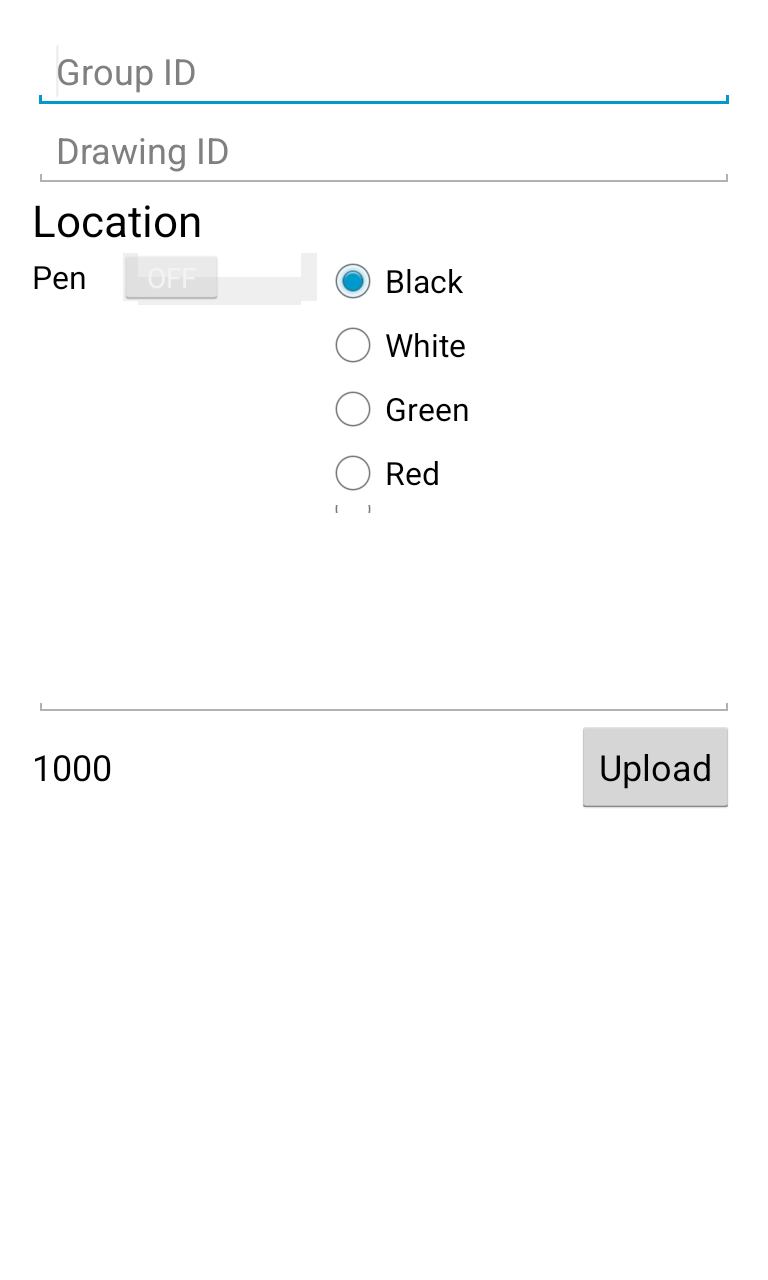
Repository: orsonteodoro/gpsdraw
Layout: gpsdraw/gpsdraw/res/layout/fragment_gpsdraw.xml
An editor plug-in stored every save of this project. The layout is shown before and after the next save, followed by the edit.
It is drawn on a 768 x 1280 px phone screen (xhdpi) without system bars, with theme AppTheme; the app's code is not run.

Above is the layout before, as saved 2014-05-05 18:34:48.

### gpsdraw/gpsdraw/res/layout/fragment_gpsdraw.xml
<RelativeLayout xmlns:android="http://schemas.android.com/apk/res/android"
    xmlns:tools="http://schemas.android.com/tools"
    android:layout_width="match_parent"
    android:layout_height="match_parent"
    android:paddingBottom="@dimen/activity_vertical_margin"
    android:paddingLeft="@dimen/activity_horizontal_margin"
    android:paddingRight="@dimen/activity_horizontal_margin"
    android:paddingTop="@dimen/activity_vertical_margin"
    tools:context="com.example.gpsdraw.GPSDraw$PlaceholderFragment" >

    <LinearLayout
        android:id="@+id/linearLayout1"
        android:layout_width="wrap_content"
        android:layout_height="wrap_content"
        android:layout_alignParentLeft="true"
        android:layout_alignParentRight="true"
        android:layout_alignParentTop="true"
        android:orientation="vertical" >

        <EditText
            android:id="@+id/editTextGroupId"
            android:layout_width="match_parent"
            android:layout_height="wrap_content"
            android:ems="10"
            android:hint="@string/group_id" >

            <requestFocus />
        </EditText>

        <EditText
            android:id="@+id/editTextDrawingId"
            android:layout_width="match_parent"
            android:layout_height="wrap_content"
            android:ems="10"
            android:hint="@string/drawing_id" />

        <LinearLayout
            android:layout_width="match_parent"
            android:layout_height="wrap_content"
            android:orientation="vertical" >

            <LinearLayout
                android:layout_width="99dp"
                android:layout_height="wrap_content" >

                <TextView
                    android:id="@+id/textViewLocation"
                    android:layout_width="286dp"
                    android:layout_height="wrap_content"
                    android:text="@string/location"
                    android:textAppearance="?android:attr/textAppearanceLarge" />
            </LinearLayout>

            <LinearLayout
                android:layout_width="match_parent"
                android:layout_height="132dp" >

                <Switch
                    android:id="@+id/switchPen"
                    android:layout_width="wrap_content"
                    android:layout_height="wrap_content"
                    android:text="@string/pen" />

                    <RadioGroup
                        android:id="@+id/radioGroup1"
                        android:layout_width="wrap_content"
                        android:layout_height="wrap_content" >

                    <RadioButton
                        android:id="@+id/RadioButtonColorBlack"
                        android:layout_width="wrap_content"
                        android:layout_height="wrap_content"
                        android:checked="true"
                        android:text="@string/black" />

                    <RadioButton
                        android:id="@+id/RadioButtonColorWhite"
                        android:layout_width="wrap_content"
                        android:layout_height="wrap_content"
                        android:text="@string/white" />

                    <RadioButton
                        android:id="@+id/RadioButtonColorGreen"
                        android:layout_width="wrap_content"
                        android:layout_height="wrap_content"
                        android:text="@string/green" />

                    <RadioButton
                        android:id="@+id/radioButtonColorRed"
                        android:layout_width="wrap_content"
                        android:layout_height="wrap_content"
                        android:text="@string/red" />

                    <RadioButton
                        android:id="@+id/radioButtonColorBlue"
                        android:layout_width="wrap_content"
                        android:layout_height="wrap_content"
                        android:text="@string/blue" />
                    </RadioGroup>
            </LinearLayout>
        </LinearLayout>

        <EditText
            android:id="@+id/editTextDebug"
            android:layout_width="match_parent"
            android:layout_height="103dp"
            android:ems="10"
            android:inputType="textMultiLine" />

        <LinearLayout
            android:layout_width="match_parent"
            android:layout_height="wrap_content" >

            <TextView
                android:id="@+id/textViewBufferFullness"
                android:layout_width="wrap_content"
                android:layout_height="wrap_content"
                android:layout_weight="0.73"
                android:text="1000"
                android:textAppearance="?android:attr/textAppearanceMedium" />

            <Button
                android:id="@+id/buttonUpload"
                android:layout_width="wrap_content"
                android:layout_height="wrap_content"
                android:text="@string/upload" />
        </LinearLayout>
    </LinearLayout>

</RelativeLayout>

### gpsdraw/gpsdraw/res/values/strings.xml
<?xml version="1.0" encoding="utf-8"?>
<resources>

    <string name="app_name">gpsdraw</string>
    <string name="hello_world">Hello world!</string>
    <string name="action_settings">Settings</string>
    <string name="green">Green</string>
    <string name="white">White</string>
    <string name="black">Black</string>
    <string name="red">Red</string>
    <string name="blue">Blue</string>
    <string name="pen">Pen</string>
    <string name="location">Location</string>
    <string name="drawing_id">Drawing ID</string>
    <string name="group_id">Group ID</string>
    <string name="upload">Upload</string>

</resources>

Loaded but not shown: gpsdraw/gpsdraw/res/values/styles.xml (common file); gpsdraw/gpsdraw/res/values-v11/styles.xml (common file); gpsdraw/gpsdraw/res/values-v14/styles.xml (common file); gpsdraw/gpsdraw/res/values/dimens.xml (common file); gpsdraw/gpsdraw/res/values-w820dp/dimens.xml (common file)

After the next save:
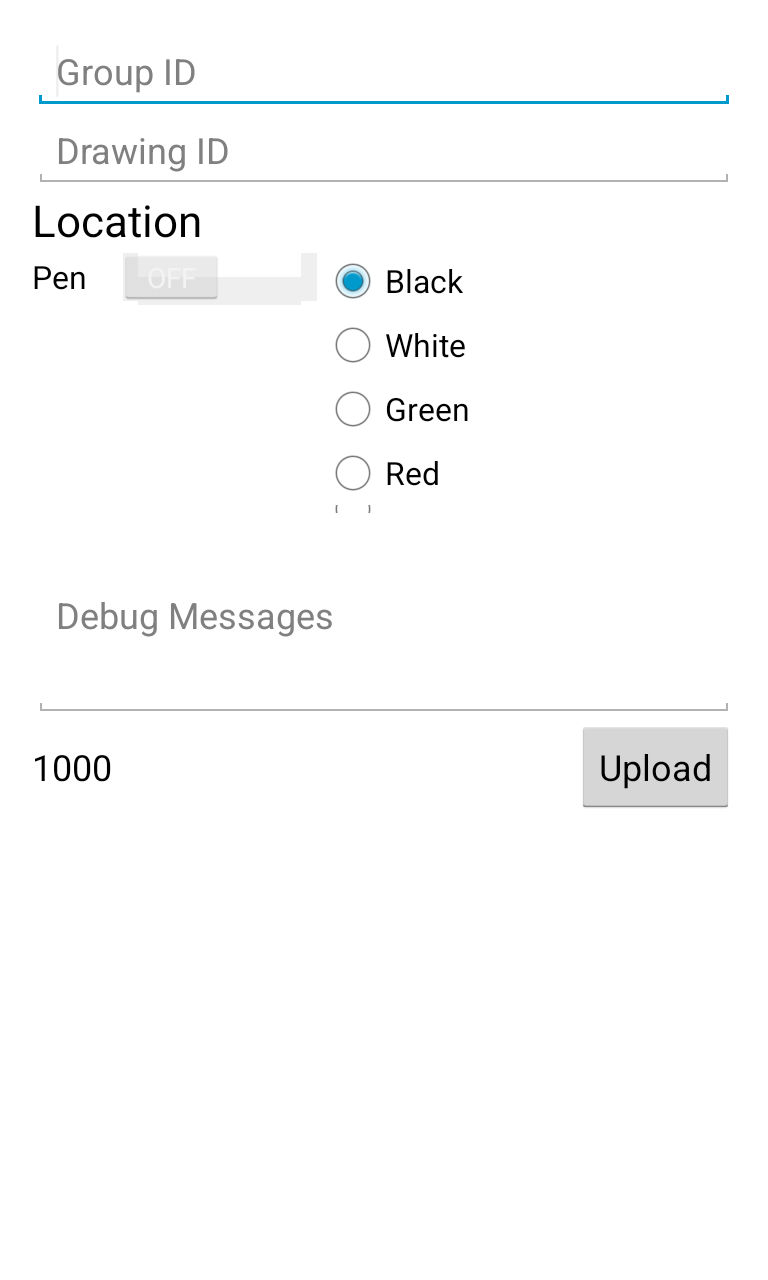
Saved 59 min 46 s later.
--- a/gpsdraw/gpsdraw/res/layout/fragment_gpsdraw.xml
+++ b/gpsdraw/gpsdraw/res/layout/fragment_gpsdraw.xml
@@ -105,6 +105,7 @@
             android:layout_width="match_parent"
             android:layout_height="103dp"
             android:ems="10"
+            android:hint="Debug Messages"
             android:inputType="textMultiLine" />
 
         <LinearLayout
